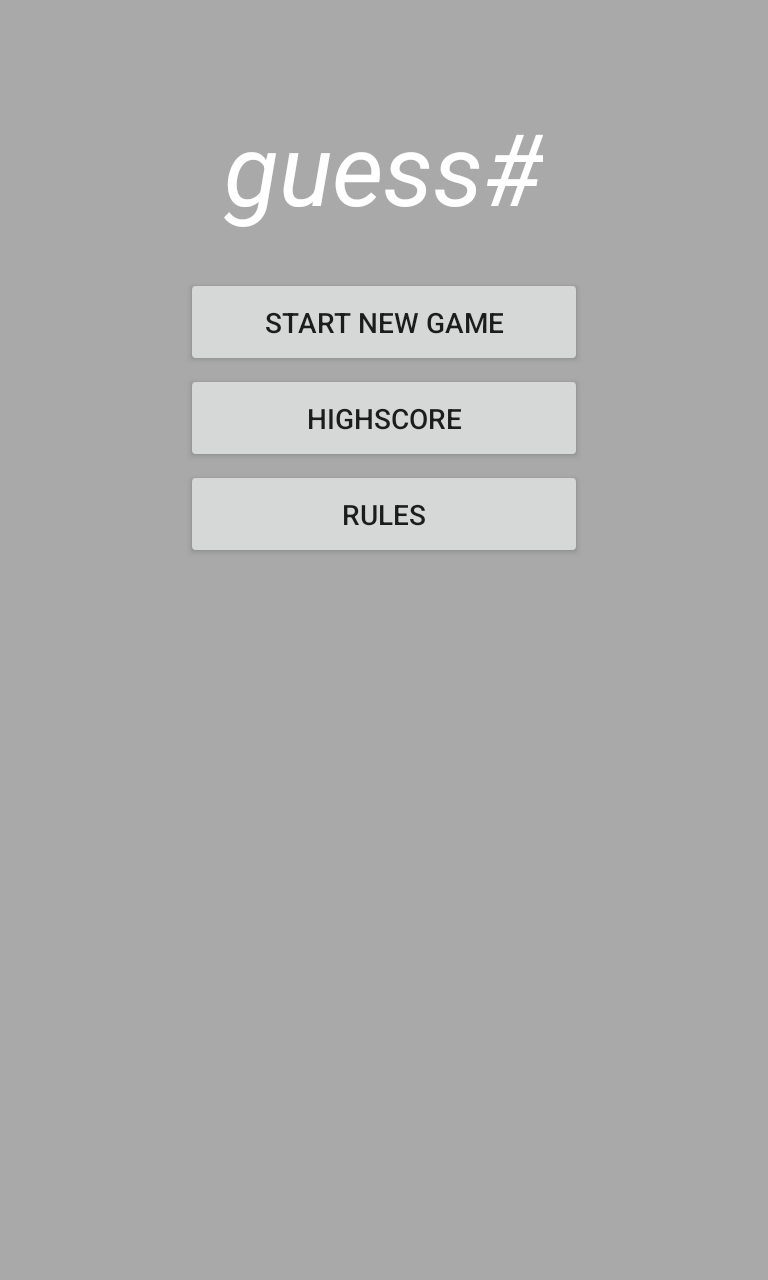
Repository: Hannanina/GuessTag
Layout: GuessTag/res/layout/activity_start.xml
These files come from the project's save history. The layout is drawn as it stood at one moment and after the next save; the edit follows.
It is drawn on a 768 x 1280 px phone screen (xhdpi) without system bars, with theme AppTheme; the app's code is not run.

Above is the layout before, as saved 2014-12-05 13:49:17.

After the next save:
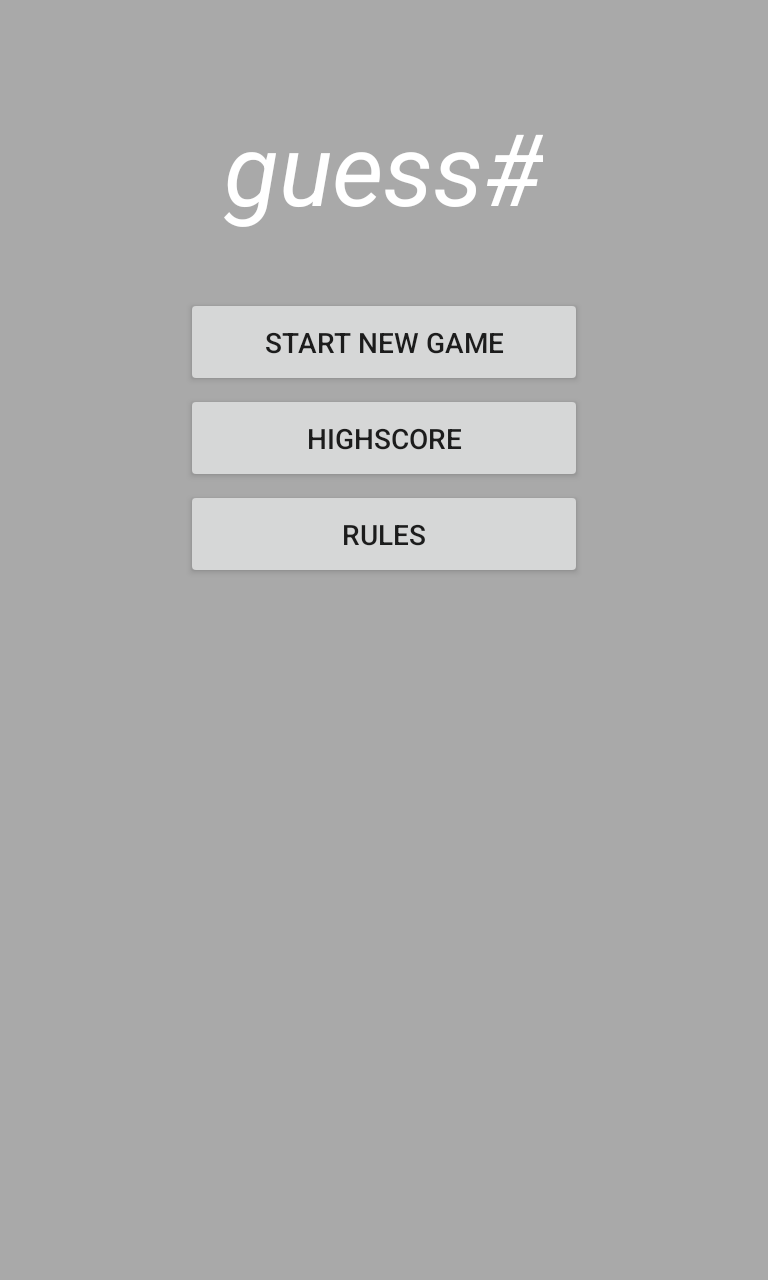
Saved 10 s later.
--- a/GuessTag/res/layout/activity_start.xml
+++ b/GuessTag/res/layout/activity_start.xml
@@ -8,7 +8,7 @@
     <TextView
         android:id="@+id/start_heading"
         android:layout_marginTop="50dp"
-        android:layout_marginBottom="20dp"
+        android:layout_marginBottom="30dp"
         android:layout_width="wrap_content"
 	    android:layout_height="wrap_content"
 	    android:layout_gravity="center"
